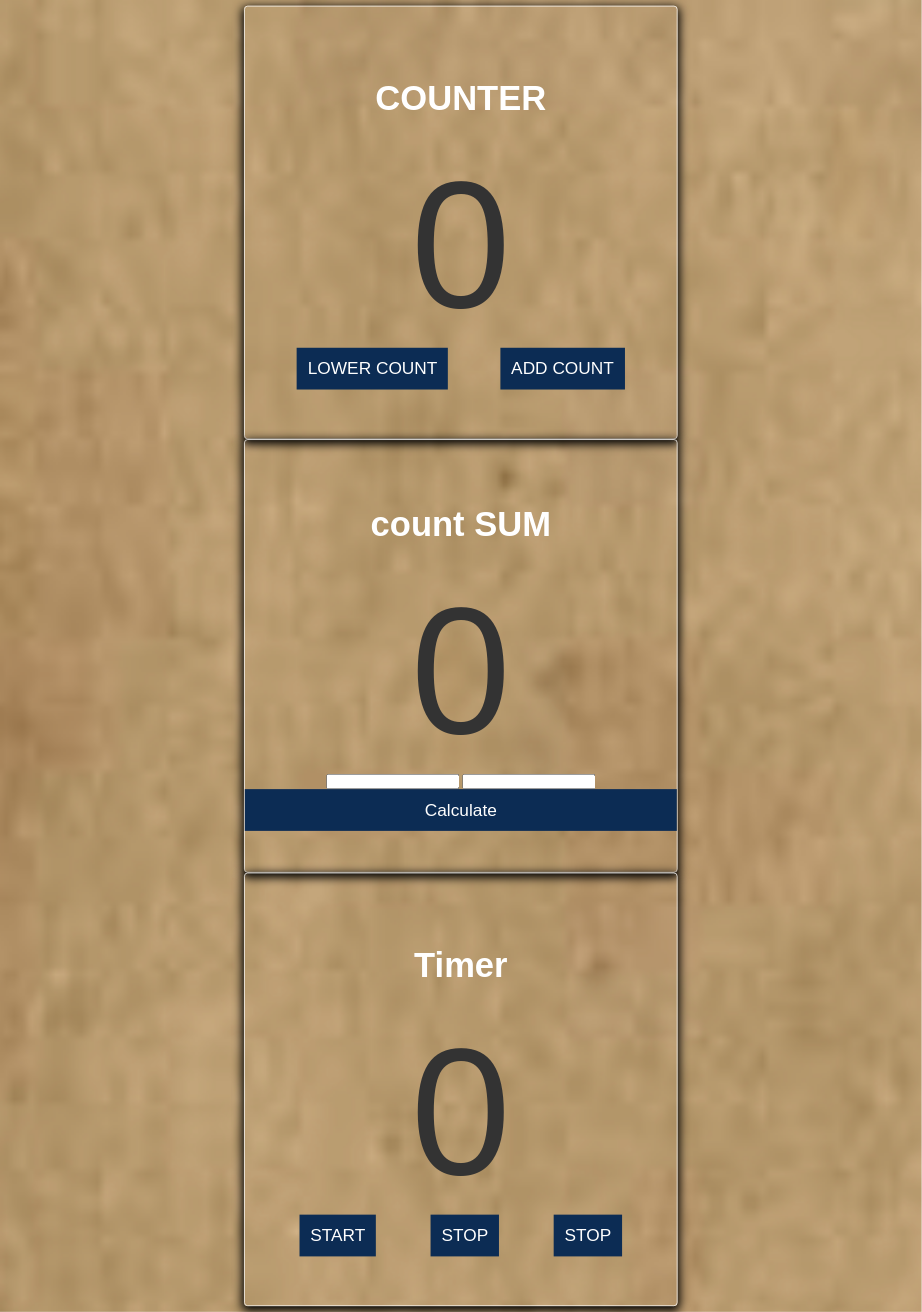
Repository: Hasmik-icml/counter
Page: index.html
The author's editor kept a copy of each file at every save. The page is drawn from the files as they stood at one save, then again after a run of saves.
The browser window is 1280 px wide. The pictures show the whole page, at 72% of full size.

Above is the page before, as saved 2022-02-14 18:32:41.

### index.html
<!DOCTYPE html>
<html lang="en">
<head>
    <meta charset="UTF-8">
    <meta http-equiv="X-UA-Compatible" content="IE=edge">
    <meta name="viewport" content="width=device-width, initial-scale=1.0">
    <link rel="stylesheet" href="/style.css">
    <title>Document</title>
</head>
<body>
    <!-- increase decrease -->
    <div class="container">
        <h1 class="counterHeader">COUNTER</h1>
        <div class="result">0</div>
        <div class="buttons">
            <button class="buttonLower button">LOWER COUNT</button>
            <button class="buttonAdd button">ADD COUNT</button>
    </div>
    </div>

    <!--calculate sum of two numbers  -->
    <div class="container">
        <h1 class="counterHeader">count SUM</h1>
        <div class="resultSum result">0</div>
        <div class="inputs">
            <input type="text" class="inputNumber1 input">
            <input type="text" class="inputNumber2 input">
        </div>
        <button class="calculateNumber button">Calculate</button>
        <!--  -->
    </div>
    <!-- timer -->
    <div class="container">
        <h1 class="counterHeader">Timer</h1>
        <div class="resultTimer result">0</div>
        <div class="timerButtons buttons">
            <button class="buttonStart button">START</button>
            <button class="buttonStop button">STOP</button>
            <button class="buttonStop button">STOP</button>
         </div>
        <!--  -->
    </div>


    <script src="/index.js"></script>
</body>
</html>

### style.css
body{
    display:flex;
    flex-direction:column;
    justify-content:center;
    min-height:100vh;
    background-image: url("/Screenshot_14.png");
    background-repeat: no-repeat;
    background-size: cover;
}
.container {
    width: 600px;
    height: 600px;
    border: 1px solid white;
    border-radius: 5px;
    margin: auto;
    text-align: center;
    box-shadow: 0px 4px 13px 3px;
    display: flex;
    flex-direction: column;
    justify-content: center;
}
.counterHeader{
    color: white;
    font-family: sans-serif;
    font-size: xxx-large;
}
.result{
    color: #333333;
    font-family: sans-serif;
    font-size: 250px;
}
.button{
    background-color: #0c2c54;
    border-style: none;
    color: white;
    padding: 15px;
    font-family: sans-serif;
    font-size: x-large;
}
.buttons{
    display: flex;
    justify-content: space-evenly;
}

### index.js
// increase decrease
const result = document.querySelector(".result");
const buttonLower = document.querySelector(".buttonLower");
const buttonAdd = document.querySelector(".buttonAdd");

buttonLower.addEventListener("click", function(){
    result.innerHTML--;
})
buttonAdd.addEventListener("click", function(){
    result.innerHTML++;
})

// function incrisOrDecris(){

// }
// document.querySelectorAll(".button").forEach(item => {
//     item.addEventListener("click", function(e){
//         console.log(e.target);
//         // this.innerHTML++;
//     })
// })

// calculate sum of two numbers
document.querySelector(".calculateNumber").addEventListener("click", function(){
    const number1 = +document.querySelector(".inputNumber1").value;
    const number2 = +document.querySelector(".inputNumber2").value;
    document.querySelector(".resultSum").innerHTML = calculate(number1)(number2);

})

function calculate(num1){
    return function(num2){
        return num1 + num2;
    }
}

// timer
const buttonStart = document.querySelector(".buttonStart");
const buttonStop = document.querySelector(".buttonStop");
const resultTimer = document.querySelector(".resultTimer");
let interval;

buttonStart.addEventListener("click", function(){
    interval = setInterval(timerStart, 1000);
})

buttonStop.addEventListener("click", function(){
    timerStop();
})

function timerStart(){
    resultTimer.innerHTML++;
}

function timerStop(){
  clearInterval(interval);
}

After the next 2 saves:
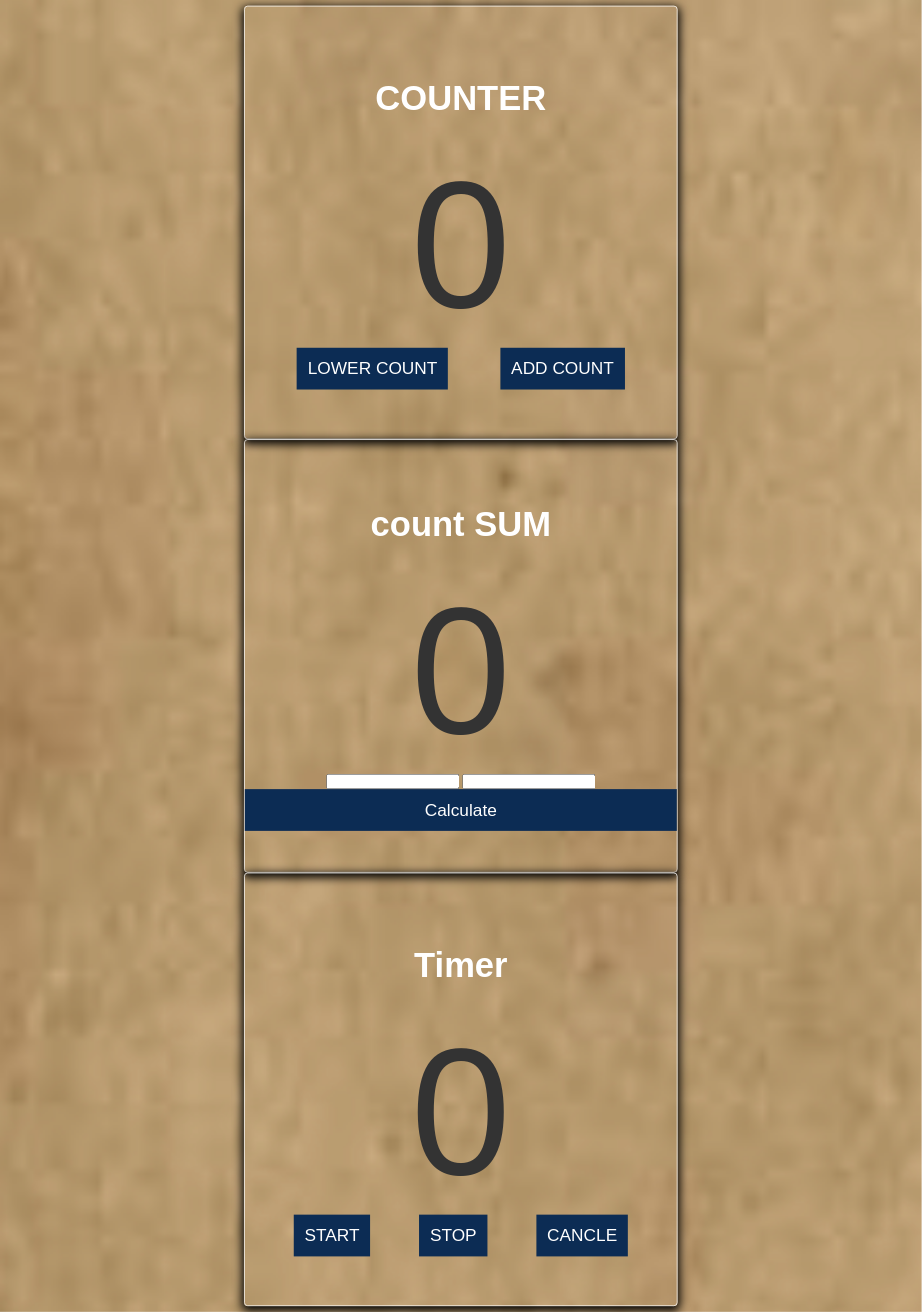
The 2 saves are shown as one change because they came seconds apart.
The last was saved 8 s later.
--- a/index.html
+++ b/index.html
@@ -36,7 +36,7 @@
         <div class="timerButtons buttons">
             <button class="buttonStart button">START</button>
             <button class="buttonStop button">STOP</button>
-            <button class="buttonStop button">STOP</button>
+            <button class="buttonStop button">CANCLE</button>
          </div>
         <!--  -->
     </div>
